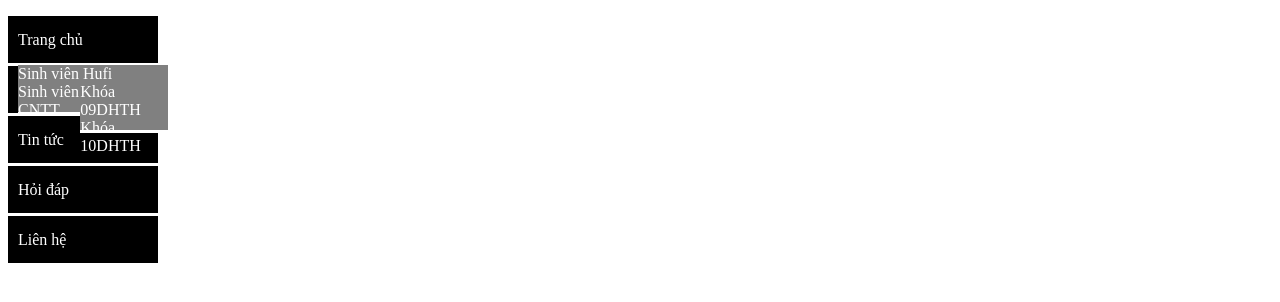
Repository: Tan-Khang21/TH_TKW--Buoi_08
Page: Bai_Tap_Tren_Lop/Bai_02_main/Bai_02_main.html
These files come from the project's save history. The page is drawn as it stood at one moment and after the next save; the edit follows.
The browser window is 1280 px wide. The pictures show the whole page.

Above is the page before, as saved 2024-03-13 16:09:30.

### Bai_Tap_Tren_Lop/Bai_02_main/Bai_02_main.html
<!DOCTYPE html>
<html lang="en">
  <head>
    <meta charset="UTF-8" />
    <meta name="viewport" content="width=device-width, initial-scale=1.0" />
    <title>Document</title>
  </head>
  <link rel="stylesheet" href="style.css" />
  <body>
    <nav>
      <ul class="list1">
        <li class="list1_item"><a href="#">Trang chủ</a></li>
        <li style="display: flex" class="list1_item">
          <a href="#">Diễn đàn</a>
          <ul style="display: flex; flex-direction: column" class="list2">
            <li class="list2_item"><a href="#">Sinh viên Hufi</a></li>
            <li style="display: flex" class="list2_item">
              <a href="#"> Sinh viên CNTT</a>
              <ul style="display: flex; flex-direction: column" class="list3">
                <li class="list3_item"><a href="#">Khóa 09DHTH</a></li>
                <li class="list3_item"><a href="#">Khóa 10DHTH</a></li>
              </ul>
            </li>
          </ul>
        </li>
        <li style="display: flex" class="list1_item">
          <a href="#"> Tin tức</a>
          <!-- <ul style="display: flex; flex-direction: column" class="list2">
            <li class="list2_item"><a href="#">Học vụ</a></li>
            <li class="list2_item"><a href="#">Điểm rèn luyện</a></li>
            <li class="list2_item"><a href="#">Đoàn thể</a></li>
            <li class="list2_item"><a href="#">Sinh hoạt ngoại khóa</a></li>
          </ul> -->
        </li>
        <li class="list1_item">
          <a href="#"> Hỏi đáp</a>
        </li>

        <li class="list1_item">
          <a href="#">Liên hệ</a>
        </li>
      </ul>
    </nav>
  </body>
</html>

### Bai_Tap_Tren_Lop/Bai_02_main/style.css
* {
  box-sizing: border-box;
}
ul {
  padding: 0;
  list-style: none;
}
/* .list1 {
  width: 150px;
  height: 250px;
} */
.list1_item {
  background-color: black;
  width: 150px;
  height: 50px;
  padding: 10px;
  border-bottom: 3px solid #fff;
  display: flex;
  align-items: center;
}
.list2,
.list3 {
  width: 150px;
  height: 50px;
  background-color: #808080;
  color: white;
  border-bottom: 3px solid #fff;
}
a {
  color: white;
  text-decoration: none;
}
.list2 {
  position: absolute;
}

After the next save:
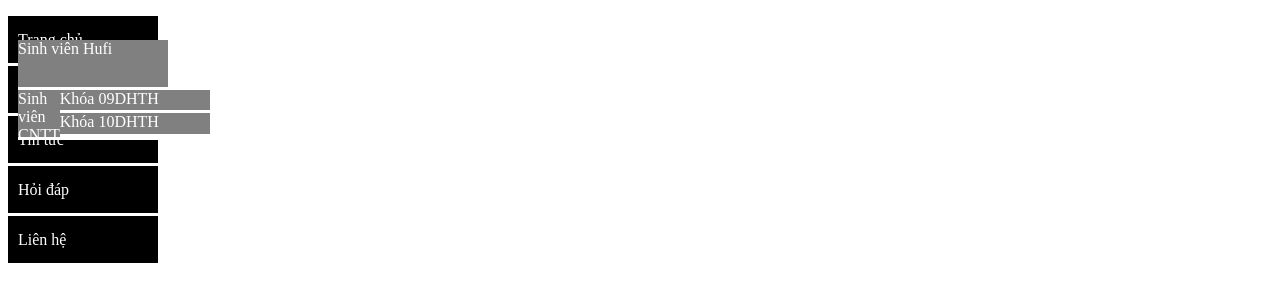
Saved 17 s later.
--- a/Bai_Tap_Tren_Lop/Bai_02_main/style.css
+++ b/Bai_Tap_Tren_Lop/Bai_02_main/style.css
@@ -18,8 +18,8 @@
   display: flex;
   align-items: center;
 }
-.list2,
-.list3 {
+.list2_item,
+.list3_item {
   width: 150px;
   height: 50px;
   background-color: #808080;
